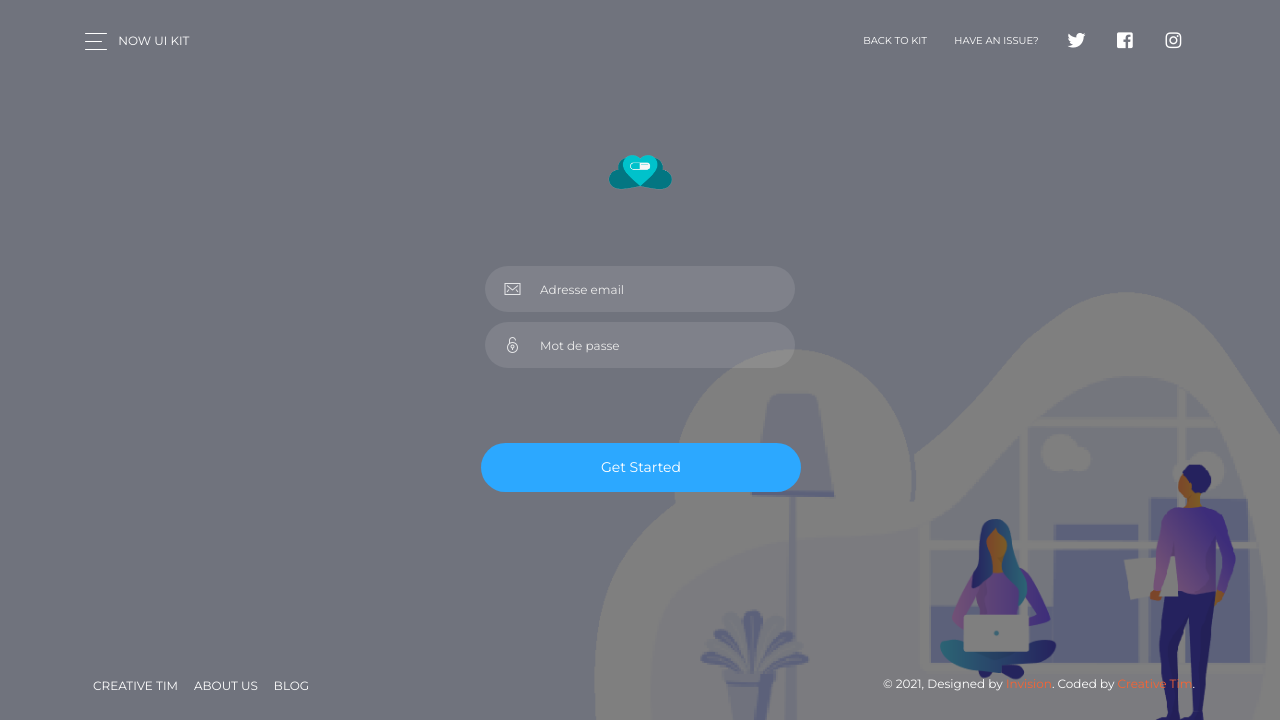
Repository: sdeschaepmeester/samanthawebsite
Page: /login-page
These files come from the project's save history. The page is drawn as it stood at one moment and after the next save; the edit follows.
The browser window is 1280 px wide. The pictures show the whole page.
The project was rebuilt for these pictures with package versions that can differ from the ones it lists, and the page was loaded fresh each time. Also part of the build but not shown: src/assets/demo/nucleo-icons-page-styles.css, src/components/Navbars/IndexNavbar.js, src/components/Headers/IndexHeader.js, src/components/Footers/DarkFooter.js, src/views/index-sections/Images.js, src/views/index-sections/Introduction.js, src/views/index-sections/BasicElements.js, src/views/index-sections/Navbars.js and 19 more.

Above is the page before, as saved 2021-05-31 19:21:24.

### public/index.html
<!--

=========================================================
* Now UI Kit React - v1.5.0
=========================================================

* Product Page: https://www.creative-tim.com/product/now-ui-kit-react
* Copyright 2021 Creative Tim (http://www.creative-tim.com)
* Licensed under MIT (https://github.com/creativetimofficial/now-ui-kit-react/blob/main/LICENSE.md)

* Designed by www.invisionapp.com Coded by www.creative-tim.com

=========================================================

* The above copyright notice and this permission notice shall be included in all copies or substantial portions of the Software.

-->
<!DOCTYPE html>
<html lang="en">
  <head>
    <meta charset="utf-8" />
    <link rel="icon" type="image/png" href="%PUBLIC_URL%/favicon.png" />
    <link rel="apple-touch-icon" href="%PUBLIC_URL%/apple-icon.png" />
    <meta name="viewport" content="width=device-width, initial-scale=1" />
    <meta name="theme-color" content="#000000" />
    <!--
      manifest.json provides metadata used when your web app is installed on a
      user's mobile device or desktop. See https://developers.google.com/web/fundamentals/web-app-manifest/
    -->
    <link rel="manifest" href="%PUBLIC_URL%/manifest.json" />
    <!--
      Notice the use of %PUBLIC_URL% in the tags above.
      It will be replaced with the URL of the `public` folder during the build.
      Only files inside the `public` folder can be referenced from the HTML.

      Unlike "/favicon.ico" or "favicon.ico", "%PUBLIC_URL%/favicon.ico" will
      work correctly both with client-side routing and a non-root public URL.
      Learn how to configure a non-root public URL by running `npm run build`.
    -->
    <!--     Fonts and icons     -->
    <link
      href="https://fonts.googleapis.com/css?family=Montserrat:400,700,200"
      rel="stylesheet"
    />
    <link
      rel="stylesheet"
      href="https://use.fontawesome.com/releases/v5.7.1/css/all.css"
    />
    <title>Now UI Kit React by Creative Tim</title>
  </head>
  <body>
    <noscript>You need to enable JavaScript to run this app.</noscript>
    <div id="root"></div>
    <!--
      This HTML file is a template.
      If you open it directly in the browser, you will see an empty page.

      You can add webfonts, meta tags, or analytics to this file.
      The build step will place the bundled scripts into the <body> tag.

      To begin the development, run `npm start` or `yarn start`.
      To create a production bundle, use `npm run build` or `yarn build`.
    -->
  </body>
</html>

### src/assets/scss/now-ui-kit.scss
/*!

 =========================================================
 * Now UI Kit React - v1.5.0 based on Now UI Kit - v1.3.0
 =========================================================

 * Product Page: https://www.creative-tim.com/product/now-ui-kit-react
 * Copyright 2021 Creative Tim (http://www.creative-tim.com)
 * Licensed under MIT (https://github.com/creativetimofficial/now-ui-kit-react/blob/main/LICENSE.md)

 * Designed by www.invisionapp.com Coded by www.creative-tim.com

 =========================================================

 * The above copyright notice and this permission notice shall be included in all copies or substantial portions of the Software.

 */

@import 'now-ui-kit/variables';
@import 'now-ui-kit/mixins';

// Plugins CSS
@import "now-ui-kit/plugins/plugin-bootstrap-switch";
@import "now-ui-kit/plugins/plugin-nouislider";
@import "now-ui-kit/plugins/plugin-datepicker";

// Core CSS
@import "now-ui-kit/buttons";
@import "now-ui-kit/inputs";
@import "now-ui-kit/checkboxes-radio";
@import "now-ui-kit/progress";
@import "now-ui-kit/badges";
@import "now-ui-kit/pagination";
@import "now-ui-kit/typography";
@import "now-ui-kit/misc";
@import "now-ui-kit/pills";

// components
@import "now-ui-kit/nucleo-outline";

@import "now-ui-kit/tabs";
@import "now-ui-kit/navbar";
@import "now-ui-kit/dropdown";
@import "now-ui-kit/alerts";
@import "now-ui-kit/images";
@import "now-ui-kit/popups";
@import "now-ui-kit/modals";
@import "now-ui-kit/carousel";
@import "now-ui-kit/footers";

// Cards
@import "now-ui-kit/cards";
@import "now-ui-kit/cards/card-plain";
@import "now-ui-kit/cards/card-signup";

// example pages and sections
@import "now-ui-kit/example-pages";
@import "now-ui-kit/sections";


@import "now-ui-kit/responsive";

// React
@import "react/react-differences"

### src/views/examples/LoginPage.js
import React from "react";

// reactstrap components
import {
  Button,
  Card,
  CardHeader,
  CardBody,
  CardFooter,
  Form,
  Input,
  InputGroupAddon,
  InputGroupText,
  InputGroup,
  Container,
  Col,
} from "reactstrap";

// core components
import ExamplesNavbar from "components/Navbars/ExamplesNavbar.js";
import TransparentFooter from "components/Footers/TransparentFooter.js";

function LoginPage() {
  const [firstFocus, setFirstFocus] = React.useState(false);
  const [lastFocus, setLastFocus] = React.useState(false);
  React.useEffect(() => {
    document.body.classList.add("login-page");
    document.body.classList.add("sidebar-collapse");
    document.documentElement.classList.remove("nav-open");
    window.scrollTo(0, 0);
    document.body.scrollTop = 0;
    return function cleanup() {
      document.body.classList.remove("login-page");
      document.body.classList.remove("sidebar-collapse");
    };
  }, []);
  return (
    <>
      <ExamplesNavbar />
      <div className="page-header clear-filter" filter-color="white">
        <div
          className="page-header-image"
          style={{
            backgroundImage:
              "url(" + require("assets/img/login-image.png").default + ")",
          }}
        ></div>
        <div className="content">
          <Container>
            <Col className="ml-auto mr-auto" md="4">
              <Card className="card-login card-plain">
                <Form action="" className="form" method="">
                  <CardHeader className="text-center">
                    <div className="logo-container">
                      <img
                        alt="..."
                        src={require("assets/img/now-logo.png").default}
                      ></img>
                    </div>
                  </CardHeader>
                  <CardBody>
                    <InputGroup
                      className={
                        "no-border input-lg" +
                        (firstFocus ? " input-group-focus" : "")
                      }
                    >
                      <InputGroupAddon addonType="prepend">
                        <InputGroupText>
                          <i className="now-ui-icons ui-1_email-85"></i>
                        </InputGroupText>
                      </InputGroupAddon>
                      <Input
                        placeholder="Adresse email"
                        type="text"
                        onFocus={() => setFirstFocus(true)}
                        onBlur={() => setFirstFocus(false)}
                      ></Input>
                    </InputGroup>
                    <InputGroup
                      className={
                        "no-border input-lg" +
                        (lastFocus ? " input-group-focus" : "")
                      }
                    >
                      <InputGroupAddon addonType="prepend">
                        <InputGroupText>
                          <i className="now-ui-icons ui-1_lock-circle-open"></i>
                        </InputGroupText>
                      </InputGroupAddon>
                      <Input
                        placeholder="Mot de passe"
                        type="text"
                        onFocus={() => setLastFocus(true)}
                        onBlur={() => setLastFocus(false)}
                      ></Input>
                    </InputGroup>
                  </CardBody>
                  <CardFooter className="text-center">
                    <Button
                      block
                      className="btn-round"
                      color="info"
                      href="#pablo"
                      onClick={(e) => e.preventDefault()}
                      size="lg"
                    >
                      Get Started
                    </Button>
                  </CardFooter>
                </Form>
              </Card>
            </Col>
          </Container>
        </div>
        <TransparentFooter />
      </div>
    </>
  );
}

export default LoginPage;

### src/assets/scss/now-ui-kit/_badges.scss
/*           badges             */
.badge{
    border-radius: 8px;
    padding: 4px 8px;
    text-transform: uppercase;
    font-size: $font-size-mini;
    line-height: 12px;
    background-color: $transparent-bg;
    border: $border;
    margin-bottom: 5px;
    color: $white-color;
    border-radius: $border-radius-extreme;

    &:hover,
    &:focus{
      text-decoration: none;
    }

}
.badge-icon{
    padding: 0.4em 0.55em;
    i{
       font-size: 0.8em;
    }
}
.badge-default{
    @include badge-color($default-color);
}
.badge-primary{
    @include badge-color($primary-color);
}
.badge-info{
    @include badge-color($info-color);
}
.badge-success{
    @include badge-color($success-color);
}
.badge-warning{
    @include badge-color($warning-color);
}
.badge-danger{
    @include badge-color($danger-color);
}
.badge-neutral{
    @include badge-color($white-color);
    color: inherit !important;
}

### src/assets/scss/now-ui-kit/_misc.scss
body{
    color: $black-color;
    font-size: $font-size-base;
    font-family: $sans-serif-family;
    overflow-x: hidden;
    -moz-osx-font-smoothing: grayscale;
    -webkit-font-smoothing: antialiased;
}

.main{
    position: relative;
    background: $white-color;
}
/* Animations */
.nav-pills .nav-link,
.nav-item .nav-link,
.navbar,
.nav-tabs .nav-link,
.tag,
.tag [data-role="remove"]{
    @include transition($general-transition-time, $transition-ease);
}

//transition for dropdown caret
.card a,
.bootstrap-switch-label:before{
    @include transition($fast-transition-time, $transition-ease);
}

.dropdown-toggle:after,
[data-toggle="collapse"][data-parent="#accordion"] i{
  @include transition-on-prop(transform, $fast-transition-time, $transition-ease);
}

.dropdown-toggle[aria-expanded="true"]:after,
[data-toggle="collapse"][data-parent="#accordion"][aria-expanded="true"] i{
    @include rotate-180();
}

.button-bar{
    display: block;
    position: relative;
    width: 22px;
    height: 1px;
    border-radius: 1px;
    background: $white-bg;

    & + .button-bar{
        margin-top: 7px;
    }

    &:nth-child(2){
        width: 17px;
    }
}

.separator-line{
    height: 2px;
    width: 44px;
    background-color: $default-color;
    margin: 20px auto;

    &.separator-primary{
        background-color: $primary-color;
    }
}

.section-space{
    height: 62px;
    display: block;
}

.pull-left{
  float: left;
}
.pull-right{
  float: right;
}

.title-up{
  text-transform: uppercase;
}

### src/assets/scss/now-ui-kit/_alerts.scss
// This file has been autogenerated by grunt task lessToSass. Any changes will be overwritten.
.alert{
    border: 0;
    border-radius: 0;
    color: $white-color;
    padding-top: .9rem;
    padding-bottom: .9rem;

    .alert-link{
      color: $white-color;
      opacity: .8;
    }

    &.alert-success{
        background-color: $success-color-alert;
    }

    &.alert-danger{
        background-color: $danger-color-alert;
    }

    &.alert-warning{
        background-color: $warning-color-alert;
    }

    &.alert-info{
        background-color: $info-color-alert;
    }

    &.alert-primary{
        background-color: $primary-color-alert;
    }

    .alert-icon{
        display: block;
        float: left;
        margin-right: 15px;
        margin-top: -1px;
    }

    strong{
        text-transform: uppercase;
        font-size: 12px;
    }

    i.fa,
    i.now-ui-icons{
        font-size: 20px;
    }

    .close{
        color: $white-color;
        opacity: .9;
        text-shadow: none;
        line-height: 0;
        outline: 0;
        display: inline-block;
        cursor: pointer;

    }
}

### src/assets/scss/now-ui-kit/_popups.scss
.popover{
    font-size: $font-size-base;
    box-shadow: 0px 10px 50px 0px rgba(0, 0, 0, 0.2);
    border: none;
    line-height: 1.7;
    max-width: 240px;

    &.bs-popover-top .arrow:before,
    &.bs-popover-left .arrow:before,
    &.bs-popover-right .arrow:before,
    &.bs-popover-bottom .arrow:before,{
        border-top-color: transparent;
        border-left-color: transparent;
        border-right-color: transparent;
        border-bottom-color: transparent;
    }

    .popover-header{
        color: $default-color-opacity;
        font-size: $font-size-base;
        text-transform: capitalize;
        font-weight: $font-weight-semi;
        margin: 0;
        margin-top: 5px;
        border: none;
        background-color: transparent;
    }

    &:before{
        display: none;
    }

    &.bs-tether-element-attached-top:after{
        border-bottom-color:$white-color;
        top: -9px;
    }

    &.popover-primary{
        @include popover-color($primary-color, $white-color);
    }

    &.popover-info{
        @include popover-color($info-color, $white-color);
    }

    &.popover-warning{
        @include popover-color($warning-color, $white-color);
    }

    &.popover-danger{
        @include popover-color($danger-color, $white-color);
    }

    &.popover-success{
        @include popover-color($success-color, $white-color);
    }
}


.tooltip{
    &.bs-tooltip-right .arrow:before{
        border-right-color:$white-color;
    }

    &.bs-tooltip-top .arrow:before{
        border-top-color:$white-color;
    }

    &.bs-tooltip-bottom .arrow:before{
        border-bottom-color:$white-color;
    }

    &.bs-tooltip-left .arrow:before{
        border-left-color:$white-color;
    }
}

.tooltip-inner{
    padding: $padding-base-vertical $padding-base-horizontal;
    min-width: 130px;
    background-color: $white-color;
    font-size: $font-size-base;
    color: inherit;
    box-shadow: 0px 5px 25px 0px rgba(0, 0, 0, 0.2);
}

### src/assets/scss/now-ui-kit/_footers.scss
.footer{
    padding: 24px 0;

    &.footer-default{
        background-color: #f2f2f2;
    }

    nav{
        display: inline-block;
        float: left;
    }

    ul{
        margin-bottom: 0;
        padding: 0;
        list-style: none;

        li{
            display: inline-block;

            a{
                color: inherit;
                padding: $padding-base-vertical;
                font-size: $font-size-small;
                text-transform: uppercase;
                text-decoration: none;

                &:hover{
                    text-decoration: none;
                }
            }
        }
    }

    .copyright{
        font-size: $font-size-small;
    }

    &:after{
        display: table;
        clear: both;
        content: " ";
    }
}

### src/assets/scss/now-ui-kit/_cards.scss
.card{
  border: 0;
  border-radius: $border-radius-small;
  display: inline-block;
  position: relative;
  width: 100%;
  margin-bottom: 30px;
  box-shadow: 0px 5px 25px 0px rgba(0, 0, 0, 0.2);

  .card-header{
    background-color: $transparent-bg;
    border-bottom: 0;
    background-color: transparent;
    border-radius: 0;
    padding: 0;
  }

  .card-footer{
    padding: 0;
    margin-top: 15px;
    background-color: $transparent-bg;
    border:0;
  }

  &[data-background-color="orange"]{
      background-color: $primary-color;
  }

  &[data-background-color="red"]{
      background-color: $danger-color;
  }

  &[data-background-color="yellow"]{
      background-color: $warning-color;
  }

  &[data-background-color="blue"]{
      background-color: $info-color;
  }

  &[data-background-color="green"]{
      background-color: darken($success-color, 5%);
  }
}

### src/assets/scss/now-ui-kit/cards/_card-signup.scss
.card-signup{
    max-width: 350px;
    margin: 0 auto;

    .card-header{
      margin:0 20px;
      padding: 30px 0;
    }

    .card-title{
      margin-top: 15px;
      margin-bottom: 15px;
    }

    .card-footer {
      margin-bottom: 10px;
      margin-top: 24px;
      padding: 24px 0;
    }

    .card-body{
        padding-top: 0px;
        padding-bottom: 0px;
        min-height: auto;
    }

    .form-check,
    .form-check.form-check-radio{
        margin-top: 20px;

        label{
            margin-left: 11px;
            color: initial;
            padding-left: 40px;
        }
    }

    .card-description{
        margin-top: 15px;
        margin-bottom: 20px;
    }

    .social-line{
        margin-top: 20px;
        text-align: center;

        .btn.btn-icon ,
        .btn.btn-icon .btn-icon{
            margin-left: 5px;
            margin-right: 5px;
            margin-top: 0;
            margin-bottom: 0;
            box-shadow: 0px 5px 50px 0px rgba(0, 0, 0, 0.2);
        }
    }
}

### src/assets/scss/react/now-ui-kit/_popovers.scss
.popover{
  .arrow:before {
    border-color: transparent !important;
  }
}

.popover-primary{
  .popover{
    @include popover-color($primary-color, $white-color);
    .arrow:after {
      border-left-color: $primary-color;
    }
  }
}

.popover-info{
  .popover{
    @include popover-color($info-color, $white-color);
    .arrow:after {
      border-left-color: $info-color;
    }
  }
}

.popover-warning{
  .popover{
    @include popover-color($warning-color, $white-color);
    .arrow:after {
      border-left-color: $warning-color;
    }
  }
}

.popover-danger{
  .popover{
    @include popover-color($danger-color, $white-color);
    .arrow:after {
      border-left-color: $danger-color;
    }
  }
}

.popover-success{
  .popover{
    @include popover-color($success-color, $white-color);
    .arrow:after {
      border-left-color: $success-color;
    }
  }
}

Loaded but not shown: src/assets/css/bootstrap.min.css (library); src/assets/scss/now-ui-kit/_mixins.scss (common file); src/assets/scss/now-ui-kit/mixins/_transparency.scss (common file); src/assets/scss/now-ui-kit/mixins/_dropdown.scss (common file); src/assets/scss/now-ui-kit/mixins/_badges.scss (common file); src/assets/scss/now-ui-kit/mixins/_popovers.scss (common file); src/assets/scss/now-ui-kit/mixins/_modals.scss (common file); src/assets/scss/now-ui-kit/mixins/_pages.scss (common file); src/assets/scss/now-ui-kit/plugins/_plugin-bootstrap-switch.scss (common file); src/assets/scss/now-ui-kit/plugins/_plugin-nouislider.scss (common file); src/assets/scss/now-ui-kit/plugins/_plugin-datepicker.scss (common file); src/assets/scss/now-ui-kit/_images.scss (common file); src/assets/scss/now-ui-kit/_carousel.scss (common file); src/assets/scss/now-ui-kit/cards/_card-plain.scss (common file); src/assets/scss/react/react-differences.scss (common file); src/assets/scss/react/plugins/_plugin-nouislider.scss (common file); src/assets/scss/react/plugins/_plugin-react-datetime.scss (common file); src/assets/scss/react/now-ui-kit/_misc.scss (common file); src/assets/scss/react/now-ui-kit/_typography.scss (common file); src/assets/scss/react/now-ui-kit/_dropdowns.scss (common file); src/assets/scss/react/now-ui-kit/_modals.scss (common file); src/assets/scss/react/now-ui-kit/_tooltips.scss (common file); src/assets/scss/react/now-ui-kit/_sections.scss (common file); src/assets/scss/react/now-ui-kit/_responsive.scss (common file); src/components/Navbars/ExamplesNavbar.js (178 lines, source omitted); src/index.js (61 lines, source omitted); src/components/Footers/TransparentFooter.js (61 lines, source omitted); src/assets/scss/now-ui-kit/_variables.scss (278 lines, source omitted); src/assets/scss/now-ui-kit/_nucleo-outline.scss (556 lines, source omitted); src/assets/scss/now-ui-kit/_responsive.scss (414 lines, source omitted); src/assets/scss/now-ui-kit/_sections.scss (413 lines, source omitted); src/assets/demo/demo.css (506 lines, source omitted); src/assets/scss/now-ui-kit/_inputs.scss (315 lines, source omitted); src/assets/scss/now-ui-kit/mixins/_vendor-prefixes.scss (183 lines, source omitted); src/assets/scss/now-ui-kit/mixins/_navbar.scss (257 lines, source omitted); src/assets/scss/now-ui-kit/mixins/_buttons.scss (213 lines, source omitted); src/assets/scss/now-ui-kit/mixins/_inputs.scss (205 lines, source omitted); src/assets/scss/now-ui-kit/_buttons.scss (208 lines, source omitted); src/assets/scss/now-ui-kit/_example-pages.scss (273 lines, source omitted); src/assets/scss/now-ui-kit/_navbar.scss (200 lines, source omitted); src/assets/scss/now-ui-kit/mixins/_datepicker.scss (121 lines, source omitted); src/assets/scss/now-ui-kit/_modals.scss (173 lines, source omitted); src/assets/scss/now-ui-kit/_pills.scss (152 lines, source omitted); src/assets/scss/now-ui-kit/_pagination.scss (143 lines, source omitted); src/assets/scss/now-ui-kit/_checkboxes-radio.scss (126 lines, source omitted); src/assets/scss/now-ui-kit/_dropdown.scss (115 lines, source omitted); src/assets/scss/now-ui-kit/_typography.scss (161 lines, source omitted); src/assets/scss/now-ui-kit/_tabs.scss (115 lines, source omitted); src/assets/scss/now-ui-kit/_progress.scss (126 lines, source omitted)

After the next save:
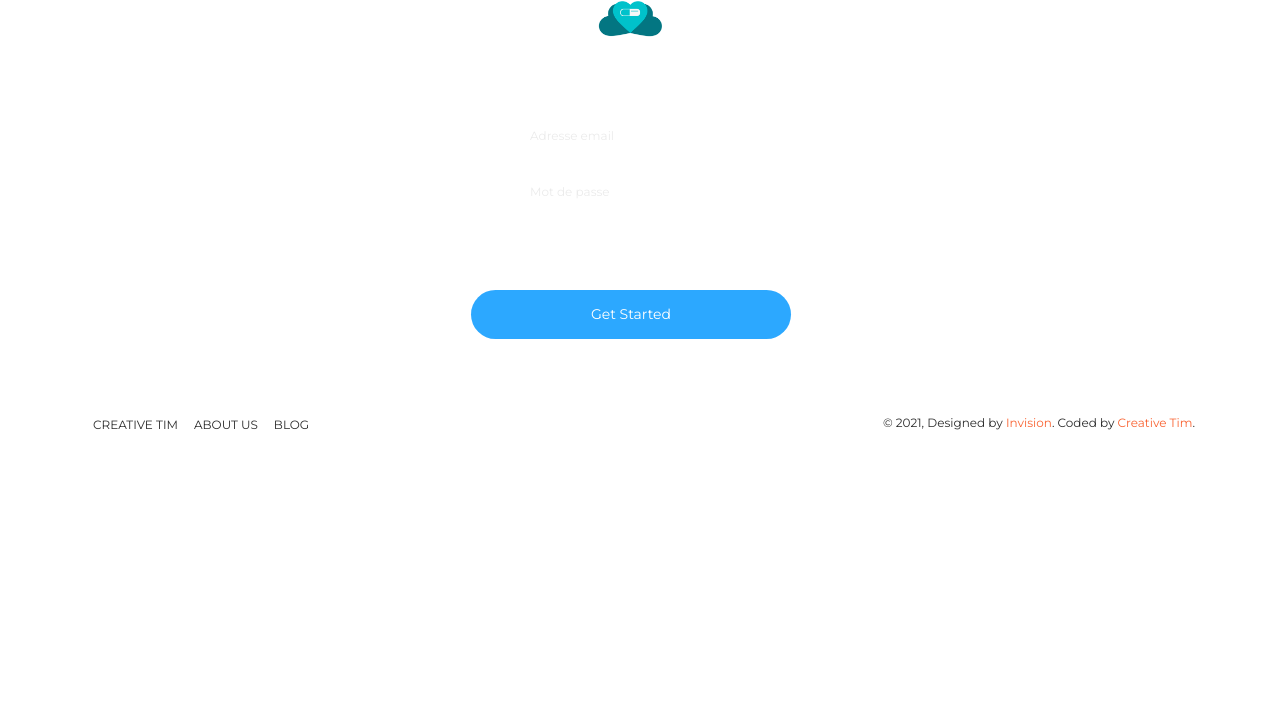
Saved 15 s later.
--- a/src/views/examples/LoginPage.js
+++ b/src/views/examples/LoginPage.js
@@ -37,7 +37,7 @@
   return (
     <>
       <ExamplesNavbar />
-      <div className="page-header clear-filter" filter-color="white">
+      <div filter-color="white">
         <div
           className="page-header-image"
           style={{

After the 2 saves that followed:
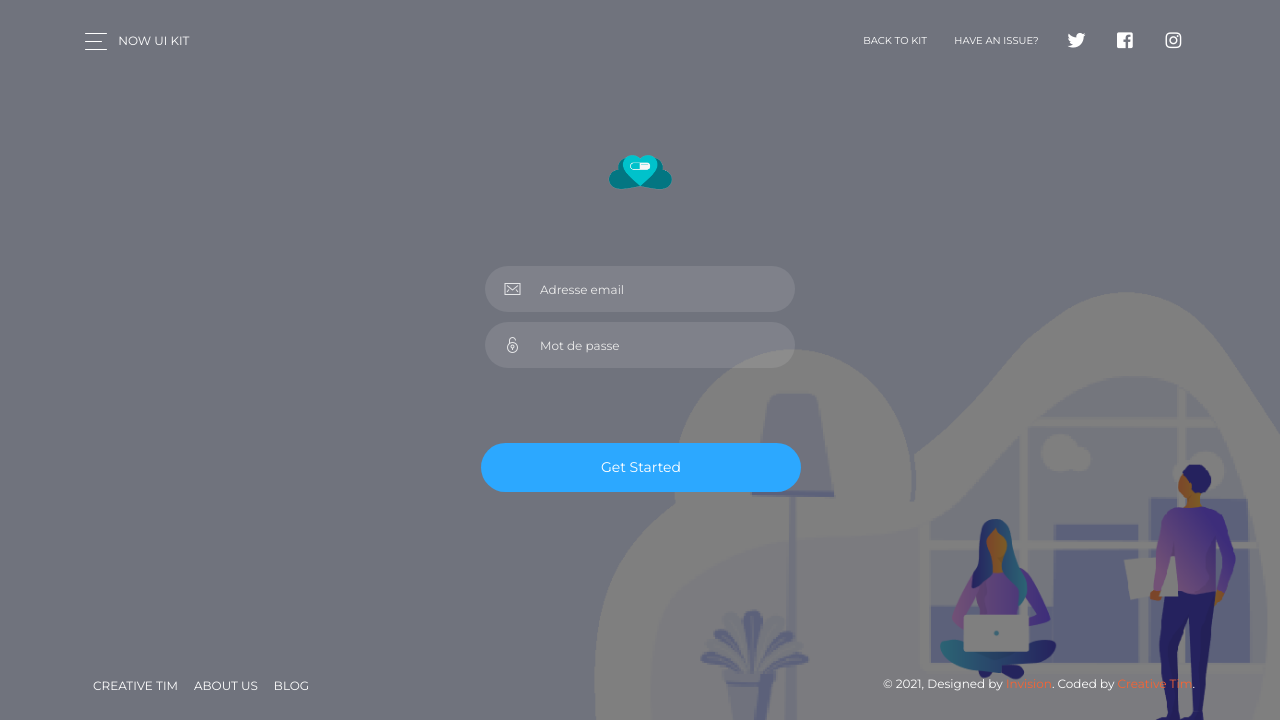
The 2 saves are shown as one change because 1 left the picture as it was.
The last was saved 16 s later.
--- a/src/views/examples/LoginPage.js
+++ b/src/views/examples/LoginPage.js
@@ -37,7 +37,7 @@
   return (
     <>
       <ExamplesNavbar />
-      <div filter-color="white">
+      <div className="page-header clear-filter" >
         <div
           className="page-header-image"
           style={{
